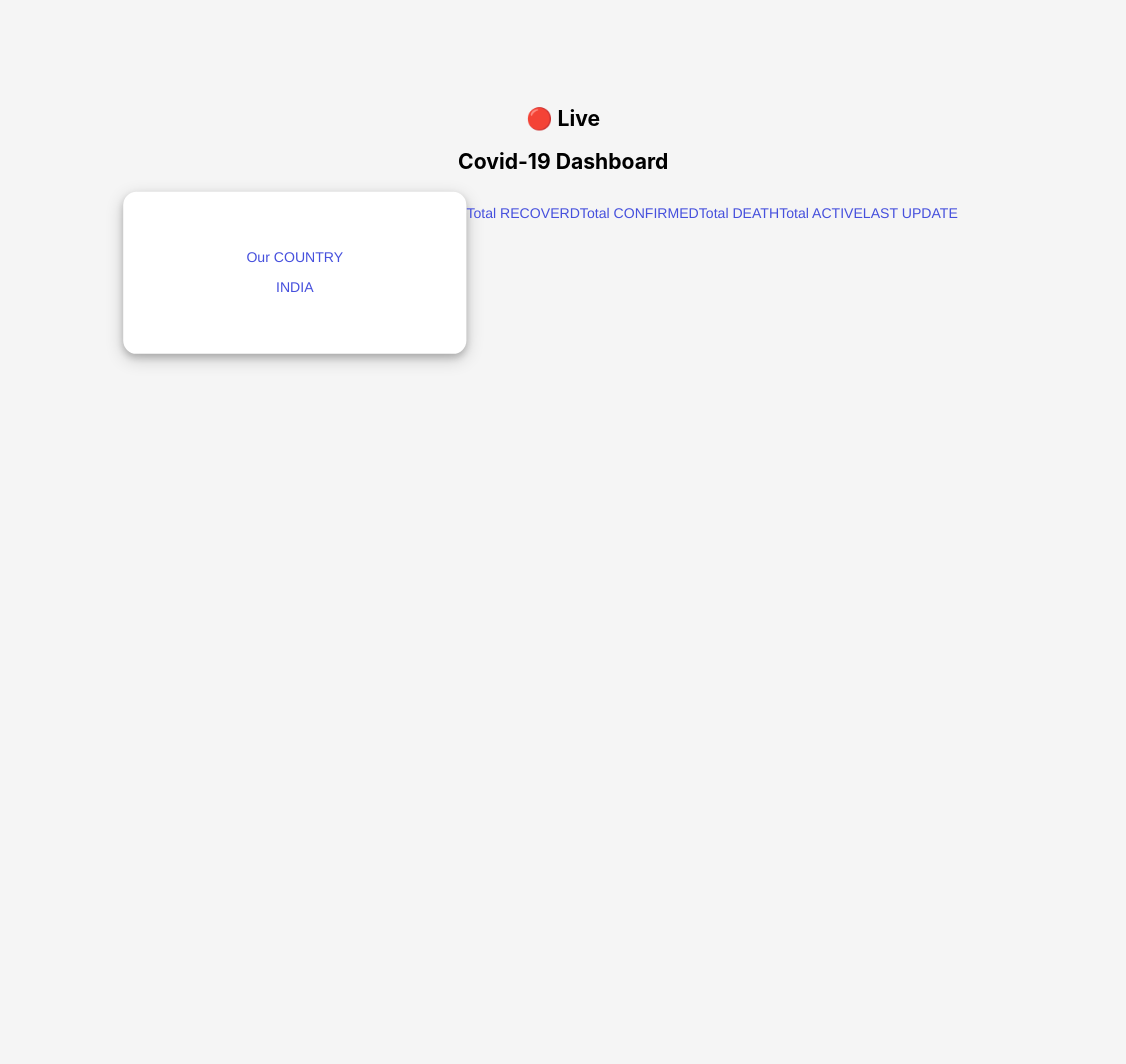
Repository: Aniketlamage/covid19-dashboard
Page: /
The author's editor kept a copy of each file at every save. The page is drawn from the files as they stood at one save, then again after the next save.
The browser window is 1280 px wide. The pictures show the whole page, at 88% of full size.
The page's requests for data from a server got no answer. The project was rebuilt for these pictures with package versions that can differ from the ones it lists, and the page was loaded fresh each time. No one was signed in, and anything a server would have sent is missing.

Above is the page before, as saved 2021-09-30 19:45:51.

### src/App.js
import React from 'react'
import Covid from './components/covid';
const App = () => {
return(
<>
<Covid />
</>
)
}

export default App;

### src/components/covid.js
import React, { useEffect, useState } from 'react'
import "./covid.css"

const Covid = () => {
    const [data, setData] =  useState([]);
    const getCovidData = async () =>{
        try{
            const res = await fetch('https://data.covid19india.org/data.json')
            const actualData = await res.json();
            console.log(actualData.statewise[0]);
            setData(actualData.statewise[0]);
           }
        catch(err){console.log(err);}
    }

    useEffect(() => {
        getCovidData ();
    }, []);
return(

<>
<section>

    <h1>🔴 Live </h1>
    <h2>Covid-19 Dashboard</h2>

<ul>
    <li className = "card">
        <div className ="card__main1">
            <div className ="card__inner">
                <p className="card__name"><span> Our </span> COUNTRY </p>
                <p classname="card__total card__small">INDIA</p>
            </div>
        </div>
    </li>
    <li className = "card">
        <div className ="card__main2">
            <div className ="card__inner">
                <p className="card__name"><span> Total </span> RECOVERD </p>
                <p classname="card__total card__small">{data.recovered}</p>
            </div>
        </div>
    </li><li className = "card">
        <div className ="card__main3">
            <div className ="card__inner">
                <p className="card__name"><span> Total </span> CONFIRMED </p>
                <p classname="card__total card__small">{data.confirmed}</p>
            </div>
        </div>
    </li><li className = "card">
        <div className ="card__main4">
            <div className ="card__inner">
                <p className="card__name"><span> Total </span> DEATH </p>
                <p classname="card__total card__small">{data.deaths}</p>
            </div>
        </div>
    </li><li className = "card">
        <div className ="card__main5">
            <div className ="card__inner">
                <p className="card__name"><span> Total </span> ACTIVE </p>
                <p classname="card__total card__small">{data.active}</p>
            </div>
        </div>
    </li><li className = "card">
        <div className ="card__main6">
            <div className ="card__inner">
                <p className="card__name"><span> LAST </span> UPDATE </p>
                <p classname="card__total card__small">{ data.lastupdatedtime}</p>
            </div>
        </div>
    </li>
</ul>
</section>
</>

)

}
export default Covid;

### src/components/covid.css

/*  Basic Styling */
.main,body {
    background-color: whitesmoke;
    padding: 100px;
    text-align: center;
    min-height: 100ch;
    align-items: center;

}

h1,h2{

    color: black;
}

p {
    color: #4650dd;
    font-family: 'Franklin Gothic Medium', 'Arial Narrow', Arial, sans-serif;
}

ul{
    list-style-type:none;
    display: flex;
    flex-wrap: wrap;
}
div.card__main1 {
    background-color: white;
    border-radius: 15px;
    width: 290px;
    padding: 50px;
    margin: 0;
    align-items: center;
    box-shadow: 0 4px 8px 0 rgba(0, 0, 0, 0.2), 0 6px 20px 0 rgba(0, 0, 0, 0.19);
 }



.card_name{
    font-size: 25px;
    font-weight: bold;
}

.card_name span {
    font-size: 15px;
}

.card_total {

    font-size: 20px;
    font-weight: bold;

}
.card__small {
    font-size: 80px;
}
@media (max-width: 500px)
{
    .card_total{font-size: 70px;}
}
@media (max-width: 500px)
{
    .card{
        width: 100%;
        height: 290px;
        margin-right: 0;
        float: none;
    }
    .card .card__inner,
    .card .card__back{
        height: 290px;
    }
}

.card {
    transition: transform .3s;
  }

  .card :hover {
    transition: transform .3s;
    -ms-transform: scale(1.2);
    -webkit-transform: scale(1.2);
    transform: scale(1.2);
  }

Loaded but not shown: public/index.html (common file); src/index.js (common file); src/index.css (common file); src/reportWebVitals.js (common file)

After the next save:
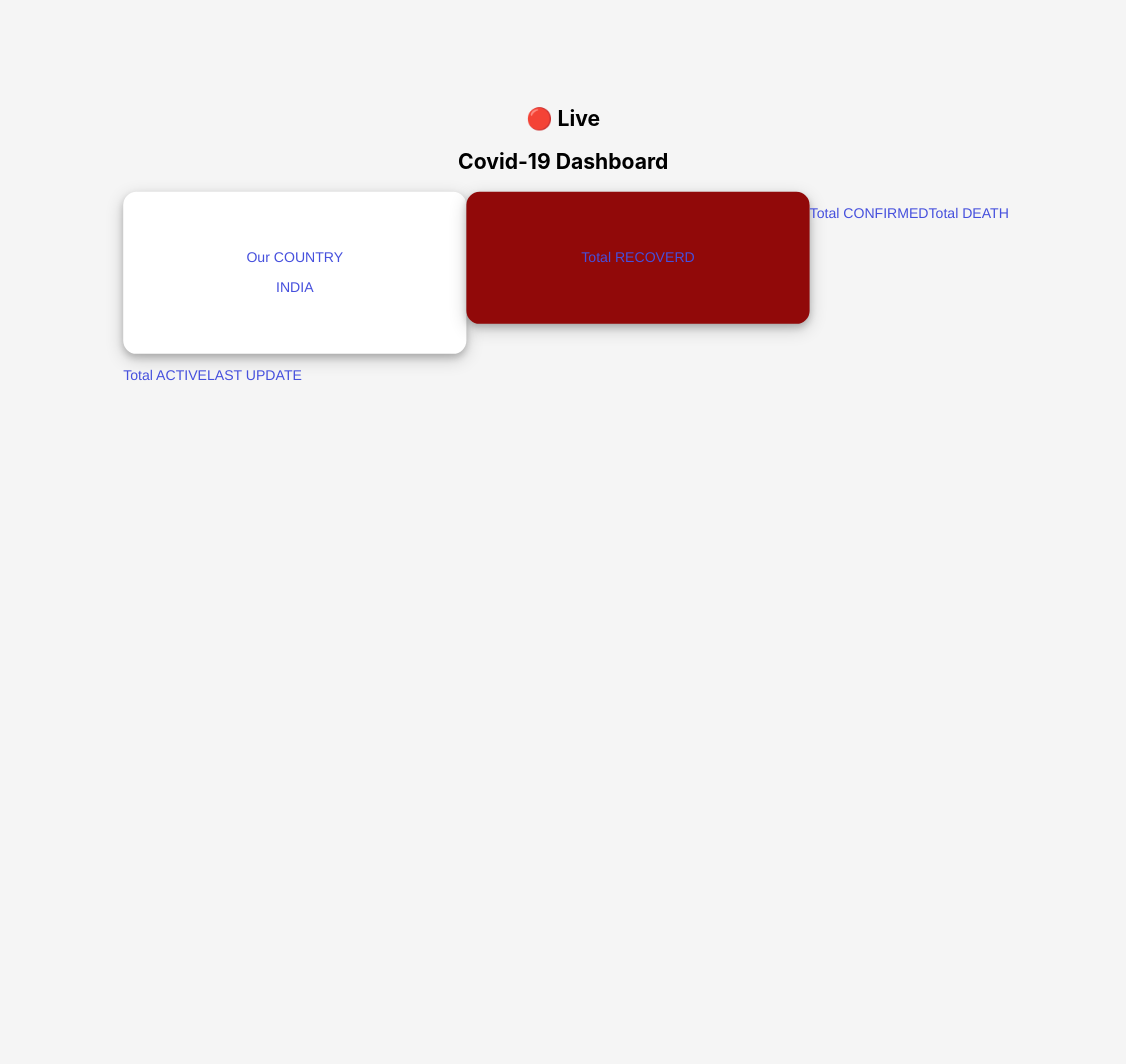
Saved 30 s later.
--- a/src/components/covid.css
+++ b/src/components/covid.css
@@ -26,6 +26,16 @@ ul{
 }
 div.card__main1 {
     background-color: white;
+    border-radius: 15px;
+    width: 290px;
+    padding: 50px;
+    margin: 0;
+    align-items: center;
+    box-shadow: 0 4px 8px 0 rgba(0, 0, 0, 0.2), 0 6px 20px 0 rgba(0, 0, 0, 0.19);
+ }
+
+ div.card__main2 {
+    background-color: rgb(145, 9, 9);
     border-radius: 15px;
     width: 290px;
     padding: 50px;
